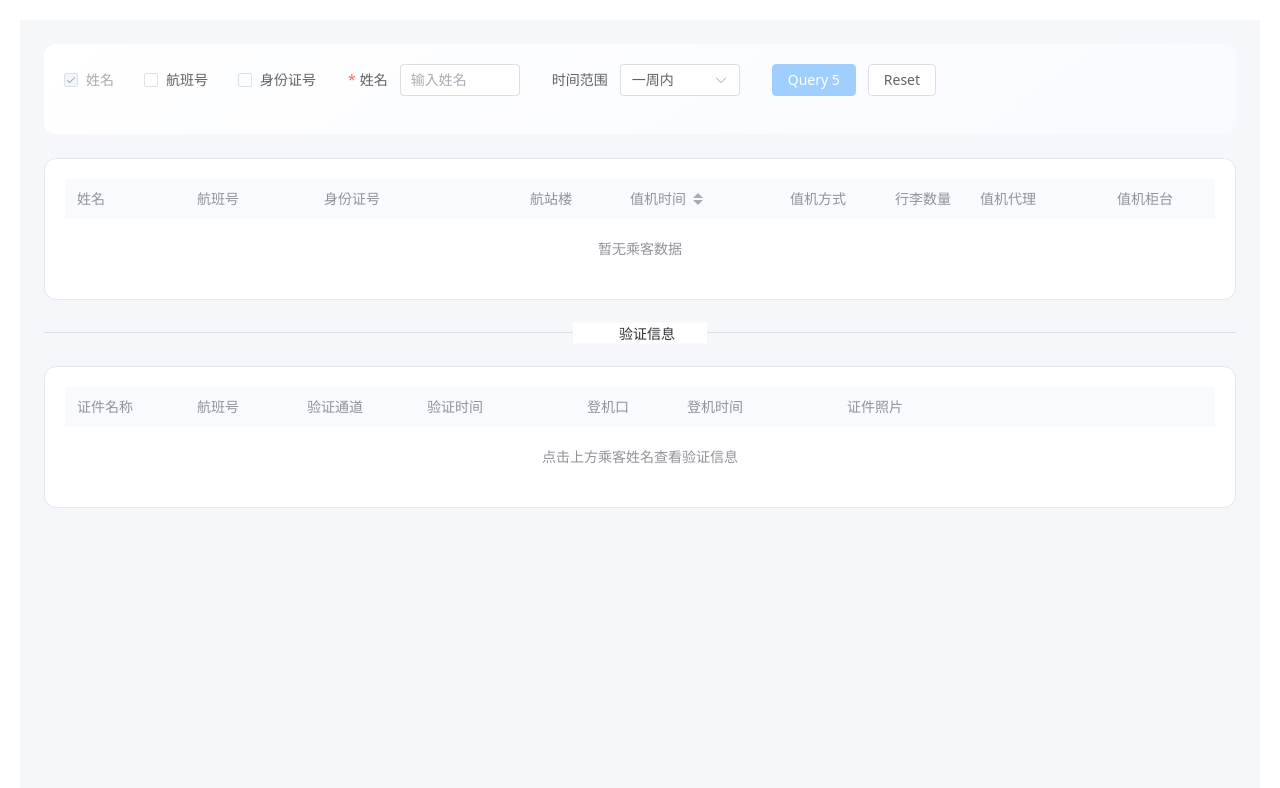
Repository: jhonMacTavish/through-baggage-info-check
Page: / (app in web/)
An editor plug-in stored every save of this project. The page is shown before and after the next save, followed by the edit.
The browser window is 1280 px wide. The pictures show the whole page.
The project was rebuilt for these pictures with package versions that can differ from the ones it lists, and the page was loaded fresh each time. Also part of the build but not shown: web/vite.config.js.

Above is the page before, as saved 2025-03-15 09:15:50.

### web/index.html
<!--
 * @Author: john_mactavish 981192661@qq.com
 * @Date: 2025-03-12 09:20:58
 * @LastEditors: john_mactavish 981192661@qq.com
 * @LastEditTime: 2025-03-12 16:38:07
 * @FilePath: \passengerInfoSearch\web\index.html
 * @Description: 这是默认设置,请设置`customMade`, 打开koroFileHeader查看配置 进行设置: https://github.com/OBKoro1/koro1FileHeader/wiki/%E9%85%8D%E7%BD%AE
-->
<!doctype html>
<html lang="en">
  <head>
    <meta charset="UTF-8" />
    <link rel="icon" type="image/svg+xml" href="/vite.svg" />
    <meta name="viewport" content="width=device-width, initial-scale=1.0" />
    <title>旅客信息查询</title>
  </head>
  <body>
    <div id="app"></div>
    <script type="module" src="/src/main.js"></script>
  </body>
</html>

### web/src/main.js
/*
 * @Author: john_mactavish 981192661@qq.com
 * @Date: 2025-03-12 09:20:58
 * @LastEditors: john_mactavish 981192661@qq.com
 * @LastEditTime: 2025-03-12 09:31:55
 * @FilePath: \passengerInfoSearch\web\src\main.js
 * @Description: 这是默认设置,请设置`customMade`, 打开koroFileHeader查看配置 进行设置: https://github.com/OBKoro1/koro1FileHeader/wiki/%E9%85%8D%E7%BD%AE
 */
import { createApp } from 'vue'
import './style.css'
import ElementPlus from 'element-plus'
import 'element-plus/dist/index.css'
import App from './App.vue'

createApp(App).use(ElementPlus).mount('#app')

### web/src/style.css
:root {
  font-family: system-ui, Avenir, Helvetica, Arial, sans-serif;
  line-height: 1.5;
  font-weight: 400;

  color-scheme: light dark;
  color: rgba(255, 255, 255, 0.87);
  background-color: #242424;

  font-synthesis: none;
  text-rendering: optimizeLegibility;
  -webkit-font-smoothing: antialiased;
  -moz-osx-font-smoothing: grayscale;
}

a {
  font-weight: 500;
  color: #646cff;
  text-decoration: inherit;
}
a:hover {
  color: #535bf2;
}

body {
  margin: 0;
  display: flex;
  place-items: center;
  min-width: 320px;
  min-height: 100vh;
}

h1 {
  font-size: 3.2em;
  line-height: 1.1;
}

button {
  border-radius: 8px;
  border: 1px solid transparent;
  padding: 0.6em 1.2em;
  font-size: 1em;
  font-weight: 500;
  font-family: inherit;
  background-color: #1a1a1a;
  cursor: pointer;
  transition: border-color 0.25s;
}
button:hover {
  border-color: #646cff;
}
button:focus,
button:focus-visible {
  outline: 4px auto -webkit-focus-ring-color;
}

.card {
  padding: 2em;
}

#app {
  box-sizing: border-box;
  width: 100vw;
  height: 100vh;
  margin: 0 auto;
  padding: 20px;
  /* text-align: center; */
}

@media (prefers-color-scheme: light) {
  :root {
    color: #213547;
    background-color: #ffffff;
  }
  a:hover {
    color: #747bff;
  }
  button {
    background-color: #f9f9f9;
  }
}

### web/src/App.vue
<!--
 * @Author: john_mactavish 981192661@qq.com
 * @Date: 2025-03-12 09:20:58
 * @LastEditors: john_mactavish 981192661@qq.com
 * @LastEditTime: 2025-03-13 12:18:31
 * @FilePath: \passengerInfoSearch\web\src\App.vue
-->
<script setup>
import { ref } from 'vue'
import { ElMessage } from 'element-plus'
import Header from './components/Header.vue'
import axios from 'axios'
import { dayjs } from 'element-plus'

const passengerData = ref([])
const verifyData = ref([])
const loading = ref(false)
const photoPreviewVisible = ref(false)

// 防抖处理查询
const queryPassenger = async (params) => {
  try {
    loading.value = true
    const { data } = await axios.get("/api/queryPassenger", { params })
    passengerData.value = data.data.map(item => ({
      ...item,
      CHECKIN_TIME: dayjs(item.CHECKIN_TIME).format('YYYY-MM-DD HH:mm:ss')
    }))
  } catch (error) {
    ElMessage.error(`查询失败: ${error.message}`)
  } finally {
    loading.value = false
  }
}

const queryVerify = async (row) => {
  try {
    const time = dayjs().diff(row.FLIGHT_DATE, 'day')
    const { data } = await axios.get("/api/queryVerify", {
      params: {
        PASSENGER_ID: row.ID,
        time
      }
    })
    console.log(data);
    verifyData.value = data.data.map(item => ({
      ...item,
      VERIFY_TIME: dayjs(item.VERIFY_TIME).format('YYYY-MM-DD HH:mm:ss'),
      BOARD_TIME: dayjs(item.BOARD_TIME).format('YYYY-MM-DD HH:mm:ss')
    }))
  } catch (error) {
    ElMessage.error(`验证信息获取失败: ${error.message}`)
  }
}

const reset = () => {
  passengerData.value = []
  verifyData.value = []
}
</script>

<template>
  <div class="container">
    <el-container>
      <!-- 头部区域 -->
      <el-header class="header-wrapper">
        <el-card shadow="hover" class="header-card">
          <Header @emitSearch="queryPassenger" @emitReset="reset" />
        </el-card>
      </el-header>

      <!-- 主内容区域 -->
      <el-main class="main-wrapper">
        <!-- 乘客信息卡片 -->
        <el-card shadow="hover" class="table-card">
          <el-skeleton :loading="loading" :rows="6" animated>
            <el-table :data="passengerData" stripe highlight-current-row @row-click="queryVerify" empty-text="暂无乘客数据">
              <el-table-column label="姓名" width="120">
                <template #default="scope">
                  <el-button link type="primary" class="name-btn" @click.stop="queryVerify(scope.row)">
                    {{ scope.row.NAME }}
                  </el-button>
                </template>
              </el-table-column>
              <el-table-column prop="FLIGHT_NO" label="航班号" min-width="110" />
              <el-table-column prop="ID_CARD" label="身份证号" min-width="180" />
              <el-table-column prop="TERMINALL" label="航站楼" width="100" />
              <el-table-column prop="CHECKIN_TIME" label="值机时间" width="160" sortable />
              <el-table-column prop="CHECKIN_WAY" label="值机方式" width="100" />
              <el-table-column prop="BAGGAGE_NUM" label="行李数量" width="90" align="center" />
              <el-table-column prop="CHECKIN_AGENT" label="值机代理" min-width="120" />
              <el-table-column prop="CHECKIN_OFFCIE" label="值机柜台" width="110" />
            </el-table>
          </el-skeleton>
        </el-card>

        <!-- 分隔线 -->
        <el-divider class="custom-divider">
          <el-icon><arrow-down /></el-icon>
          <span class="divider-text">验证信息</span>
        </el-divider>

        <!-- 验证信息卡片 -->
        <el-card shadow="hover" class="table-card">
          <el-table :data="verifyData" stripe empty-text="点击上方乘客姓名查看验证信息">
            <el-table-column prop="CARD_NAME" label="证件名称" width="120" />
            <el-table-column prop="FLIGHT_NO" label="航班号" width="110" />
            <el-table-column prop="CHANNEL" label="验证通道" width="120" />
            <el-table-column prop="VERIFY_TIME" label="验证时间" width="160" />
            <el-table-column prop="GATE" label="登机口" width="100" />
            <el-table-column prop="BOARD_TIME" label="登机时间" width="160" />
            <el-table-column label="证件照片">
              <template #default="scope">
                <!-- <el-image
                  :src="`http://10.33.113.23:8002${scope.row.PASS_PHOTO}`"
                  :preview-src-list="[`http://10.33.113.23:8002${scope.row.PASS_PHOTO}`]"
                  fit="cover"
                  class="pass-photo"
                  hide-on-click-modal
                > -->
                <el-image style="width: 100px; height: 100px" :src="`http://10.33.113.23:8002${scope.row.PASS_PHOTO}`" :zoom-rate="1.2" :max-scale="7"
                  :min-scale="0.2" :preview-src-list="[`http://10.33.113.23:8002${scope.row.PASS_PHOTO}`]" show-progress :initial-index="4" fit="cover">
                  <template #error>
                    <div class="image-error">
                      <el-icon>
                        <picture />
                      </el-icon>
                      <span>加载失败</span>
                    </div>
                  </template>
                </el-image>
              </template>
            </el-table-column>
          </el-table>
        </el-card>
      </el-main>
    </el-container>
  </div>
</template>

<style scoped lang="scss">
.container {
  max-width: 1440px;
  margin: 0 auto;
  padding: 24px;
  background: #f5f7fa;
  min-height: 100vh;
}

.header-wrapper {
  height: auto;
  padding: 0;
  margin-bottom: 24px;

  .header-card {
    border-radius: 12px;
    background: linear-gradient(145deg, #ffffff 0%, #f8faff 100%);
    border: none;
  }
}

.main-wrapper {
  padding: 0;

  .table-card {
    border-radius: 12px;
    margin-bottom: 24px;
    transition: box-shadow 0.3s ease;

    &:hover {
      box-shadow: 0 6px 18px rgba(0, 0, 0, 0.08);
    }

    :deep(.el-table) {
      --el-table-border-color: transparent;
      --el-table-header-bg-color: #f8fafd;
    }
  }
}

.custom-divider {
  margin: 32px 0;
  color: #909399;

  .divider-text {
    margin: 0 12px;
    font-size: 14px;
    font-weight: 500;
  }

  .el-icon {
    vertical-align: middle;
  }
}

.name-btn {
  font-weight: 500;
  transition: all 0.2s;

  &:hover {
    transform: translateX(3px);
    color: var(--el-color-primary) !important;
  }
}

.pass-photo {
  // width: 120px;
  // height: 80px;
  border-radius: 6px;
  box-shadow: 0 2px 8px rgba(0, 0, 0, 0.1);
  transition: transform 0.3s;

  &:hover {
    transform: scale(1.03);
    cursor: zoom-in;
  }
}

.image-error {
  @apply flex flex-col items-center justify-center h-full text-gray-400;

  .el-icon {
    font-size: 24px;
    margin-bottom: 8px;
  }
}
</style>

### web/src/components/Header.vue
<!--
 * @Author: john_mactavish 981192661@qq.com
 * @Date: 2025-03-12 09:20:58
 * @LastEditors: john_mactavish 981192661@qq.com
 * @LastEditTime: 2025-03-15 09:15:49
 * @FilePath: \passengerInfoSearch\web\src\components\Header.vue
 * @Description: 这是默认设置,请设置`customMade`, 打开koroFileHeader查看配置 进行设置: https://github.com/OBKoro1/koro1FileHeader/wiki/%E9%85%8D%E7%BD%AE
-->
<template>
  <el-form ref="ruleFormRef" :rules="rules" :inline="true" :model="ruleForm" class="demo-form-inline">
    <el-form-item>
      <el-checkbox-group v-model="checkedItems" :min="1" @change="resetForm(ruleFormRef)">
        <el-checkbox v-for="item in items" :key="item" :label="item" :value="item">
          {{ item }}
        </el-checkbox>
      </el-checkbox-group>
    </el-form-item>
    <el-form-item label="姓名" prop="name" v-if="checkedItems.includes('姓名')">
      <el-input v-model="ruleForm.name" :formatter="(value) => value.toUpperCase()" placeholder="输入姓名" clearable />
    </el-form-item>
    <el-form-item label="航班号" prop="flight" v-if="checkedItems.includes('航班号')">
      <el-input v-model="ruleForm.flight" :formatter="(value) => value.toUpperCase()" placeholder="输入航班号" clearable />
    </el-form-item>
    <el-form-item label="身份证号" prop="IDcard" v-if="checkedItems.includes('身份证号')">
      <el-input v-model="ruleForm.IDcard" :formatter="(value) => value.toUpperCase()" placeholder="输入身份证号" clearable />
    </el-form-item>
    <el-form-item label="时间范围">
      <el-select v-model="ruleForm.time" placeholder="选择时间">
        <el-option label="一周内" :value="7" />
        <el-option label="一月内" :value="30" />
      </el-select>
    </el-form-item>
    <el-form-item>
      <el-button type="primary" @click="onSubmit(ruleFormRef)" :disabled="btnDisabled">Query {{ btnDisabled ? time : null
        }}</el-button>
      <el-button @click="handleChange">Reset</el-button>
    </el-form-item>
  </el-form>
</template>

<script lang="ts" setup>
import { ref, reactive, defineEmits } from 'vue'
import type { FormInstance, FormRules } from 'element-plus'

const emit = defineEmits([
  'emitSearch', 'emitReset'
])
const checkedItems = ref(['姓名'])
const items = ['姓名', '航班号', '身份证号']

const ruleForm = reactive({
  name: '',
  flight: '',
  IDcard: '',
  time: 7
})
const validators = [
  (rule: any, value: any, callback: any) => {
    if (value === '') {
      callback(new Error('请输入姓名'))
    } else if (!/^[\u4e00-\u9fa5]{2,4}$/.test(value)) {
      callback(new Error("输入的姓名不符合规范"))
    } else {
      callback()
    }
  },
  (rule: any, value: any, callback: any) => {
    if (value === '') {
      callback(new Error('请输入航班号'))
    } else if (!/^[A-Z\d]{2}\d{3,4}$/.test(value)) {
      callback(new Error("输入的航班号不符合规范"))
    } else {
      callback()
    }
  },
  (rule: any, value: any, callback: any) => {
    if (value === '') {
      callback(new Error('请输入航班号'))
    } else if (!/^[1-9]\d{5}(18|19|20)\d{2}((0[1-9])|(1[0-2]))(([0-2][1-9])|10|20|30|31)\d{3}[0-9Xx]$/.test(value)) {
      callback(new Error("输入的身份证号不符合规范"))
    } else {
      callback()
    }
  }
];
const ruleFormRef = ref<FormInstance>()
const rules = reactive<FormRules<typeof ruleForm>>({
  name: [{ required: checkedItems.value.includes('姓名'), validator: validators[0], trigger: 'blur' }],
  flight: [{ required: checkedItems.value.includes('航班号'), validator: validators[1], trigger: 'blur' }],
  IDcard: [{ required: checkedItems.value.includes('身份证号'), validator: validators[2], trigger: 'blur' }],
});

let timer = null;
const time = ref(5);
const btnDisabled = ref(true);

const handleChange = () => {
  Object.keys(ruleForm).forEach(key => {
    if (ruleForm[key] && key != 'time') {
      // console.log(key, params[key]);
      ruleForm[key] = '';
    }
  });
}

const onSubmit = async (formEl: FormInstance | undefined) => {
  if (!formEl) return
  await formEl.validate((valid) => {
    if (valid) {
      console.log('submit');
      emit('emitSearch', ruleForm);
      timer = setInterval(() => {
        time.value--;
        if (time.value <= 0) {
          clearInterval(timer);
          time.value = 5;
        }
      });
    } else {
      console.log('error submit');
    }
  })
}

const resetForm = (formEl: FormInstance | undefined) => {
  if (!formEl) return
  formEl.resetFields();
  emit('emitReset', '');
}
</script>

<style>
.demo-form-inline .el-input {
  --el-input-width: 120px;
}

.demo-form-inline .el-select {
  --el-select-width: 120px;
}
</style>

After the next save:
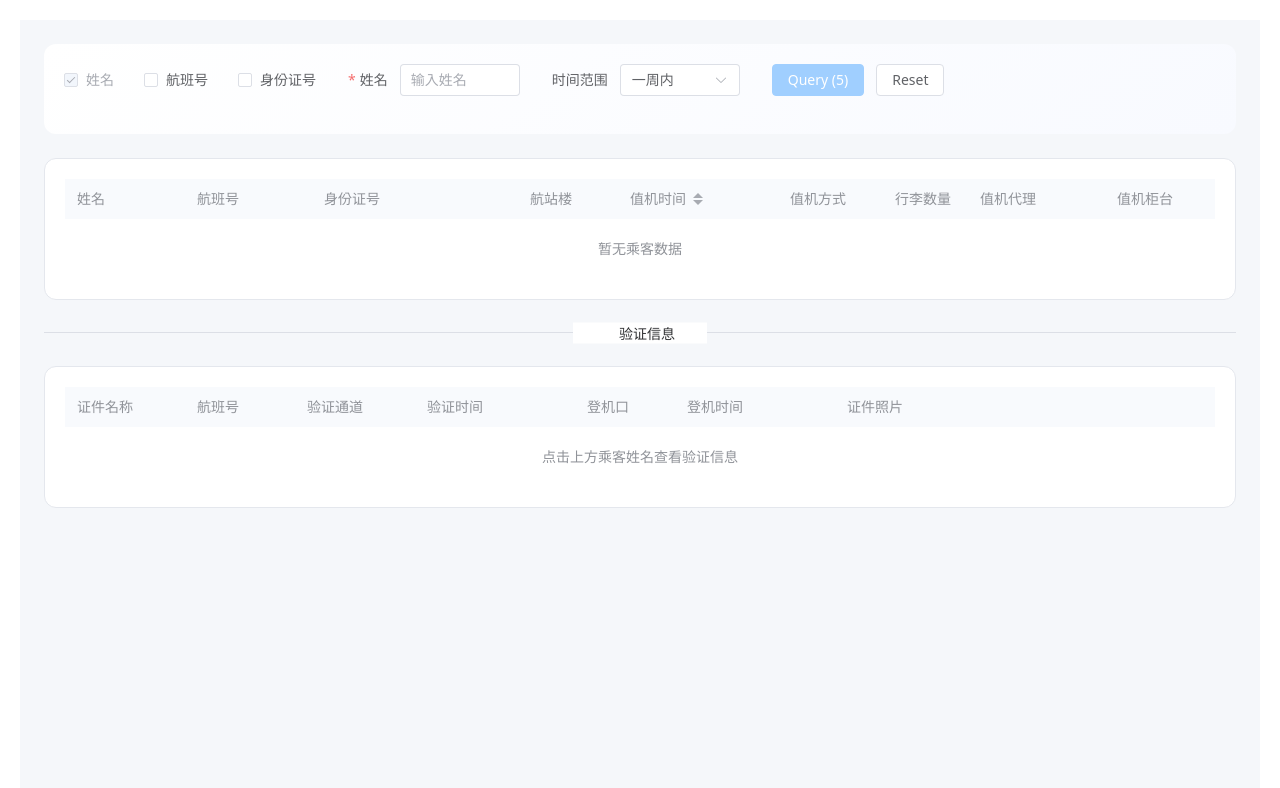
Saved 54 s later.
--- a/web/src/components/Header.vue
+++ b/web/src/components/Header.vue
@@ -31,7 +31,7 @@
       </el-select>
     </el-form-item>
     <el-form-item>
-      <el-button type="primary" @click="onSubmit(ruleFormRef)" :disabled="btnDisabled">Query {{ btnDisabled ? time : null
+      <el-button type="primary" @click="onSubmit(ruleFormRef)" :disabled="btnDisabled">Query {{ btnDisabled ? `(${time})` : null
         }}</el-button>
       <el-button @click="handleChange">Reset</el-button>
     </el-form-item>
